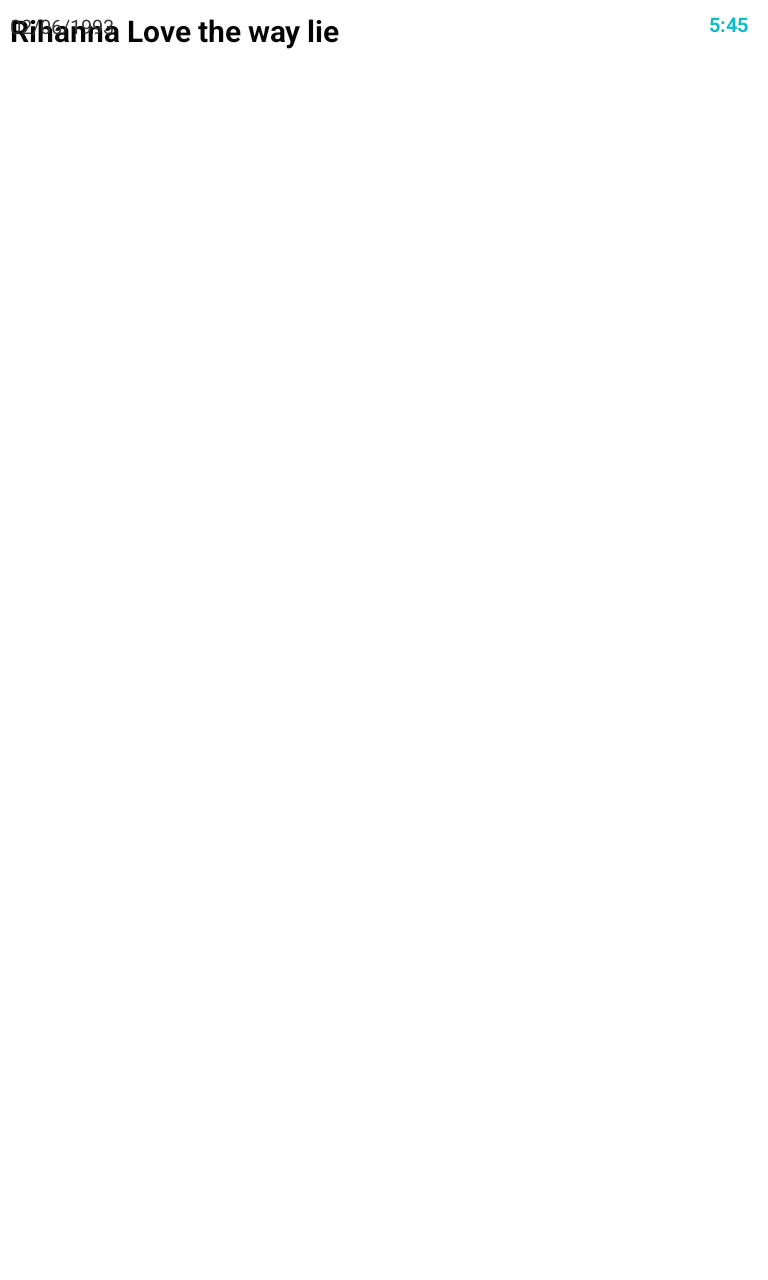
Repository: bvrit-vineeth/android-projects
Layout: TODOListApp/res/layout/list_row.xml
These files come from the project's save history. The layout is drawn as it stood at one moment and after the next save; the edit follows.
It is drawn on a 768 x 1280 px phone screen (xhdpi) without system bars, with theme AppTheme; the app's code is not run.

Above is the layout before, as saved 2013-08-24 07:08:58.

### TODOListApp/res/layout/list_row.xml
<?xml version="1.0" encoding="utf-8"?>
<RelativeLayout xmlns:android="http://schemas.android.com/apk/res/android"
    android:layout_width="fill_parent"
    android:layout_height="wrap_content"
    android:orientation="horizontal"
    android:padding="5dip" >

    <TextView
        android:id="@+id/title"
        android:layout_width="wrap_content"
        android:layout_height="wrap_content"
        android:layout_alignParentLeft="true"
        android:text="Rihanna Love the way lie"
        android:textColor="#040404"
        android:typeface="sans"
        android:textSize="15dip"
        android:textStyle="bold"/>

    <TextView
        android:id="@+id/date"
        android:layout_width="fill_parent"
        android:layout_height="wrap_content"
        android:layout_alignParentTop="true"
        android:layout_alignParentRight="true"
        android:textColor="#343434"
        android:textSize="10dip"
        android:layout_marginTop="1dip"
        android:text="02/06/1993" />

    <TextView
        android:id="@+id/duration"
        android:layout_width="wrap_content"
        android:layout_height="wrap_content"
        android:layout_alignParentRight="true"
        android:layout_alignTop="@id/title"
        android:layout_alignParentBottom="true"
        android:layout_alignParentRight="true"
        android:gravity="right"
        android:text="5:45"
        android:layout_marginRight="5dip"
        android:textSize="10dip"
        android:textColor="#10bcc9"
        android:textStyle="bold"/>

</RelativeLayout>

Loaded but not shown: TODOListApp/res/values/styles.xml (common file); TODOListApp/res/values-v11/styles.xml (common file); TODOListApp/res/values-v14/styles.xml (common file)

After the next save:
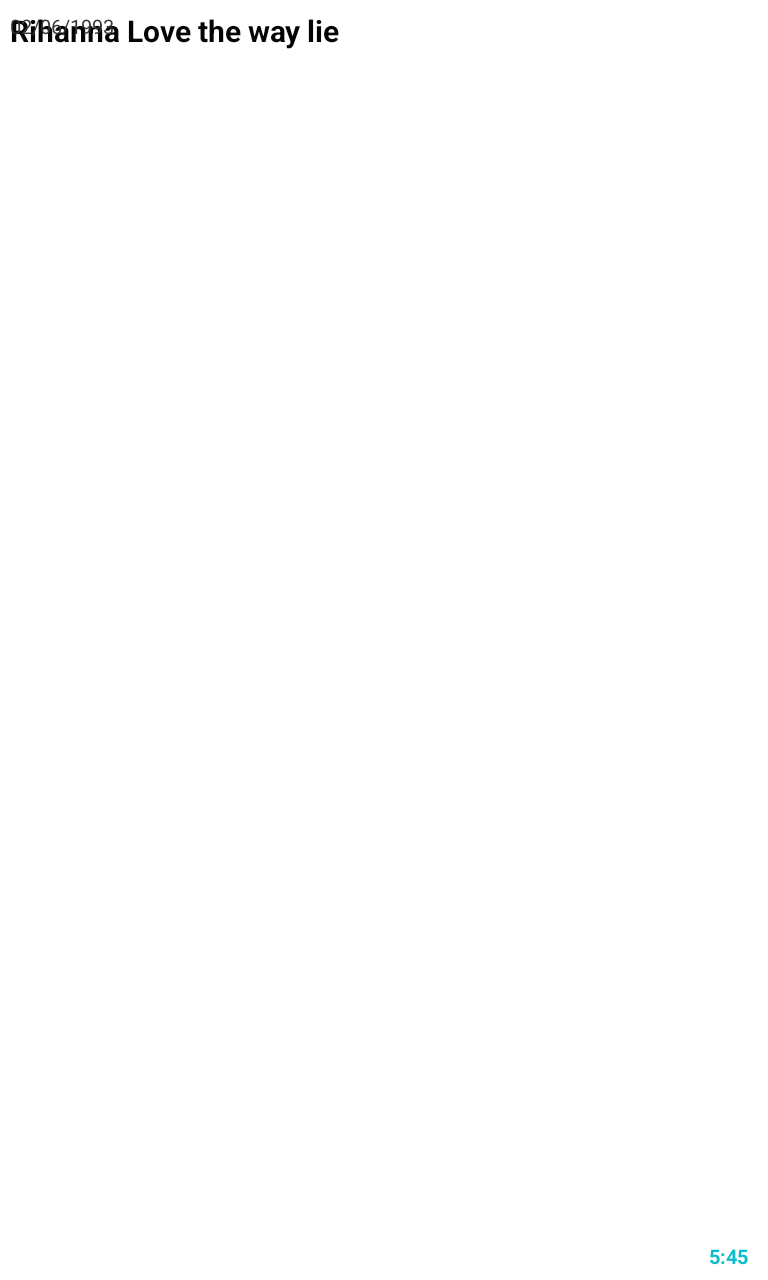
Saved 20 s later.
--- a/TODOListApp/res/layout/list_row.xml
+++ b/TODOListApp/res/layout/list_row.xml
@@ -32,7 +32,6 @@
         android:layout_width="wrap_content"
         android:layout_height="wrap_content"
         android:layout_alignParentRight="true"
-        android:layout_alignTop="@id/title"
         android:layout_alignParentBottom="true"
         android:layout_alignParentRight="true"
         android:gravity="right"
